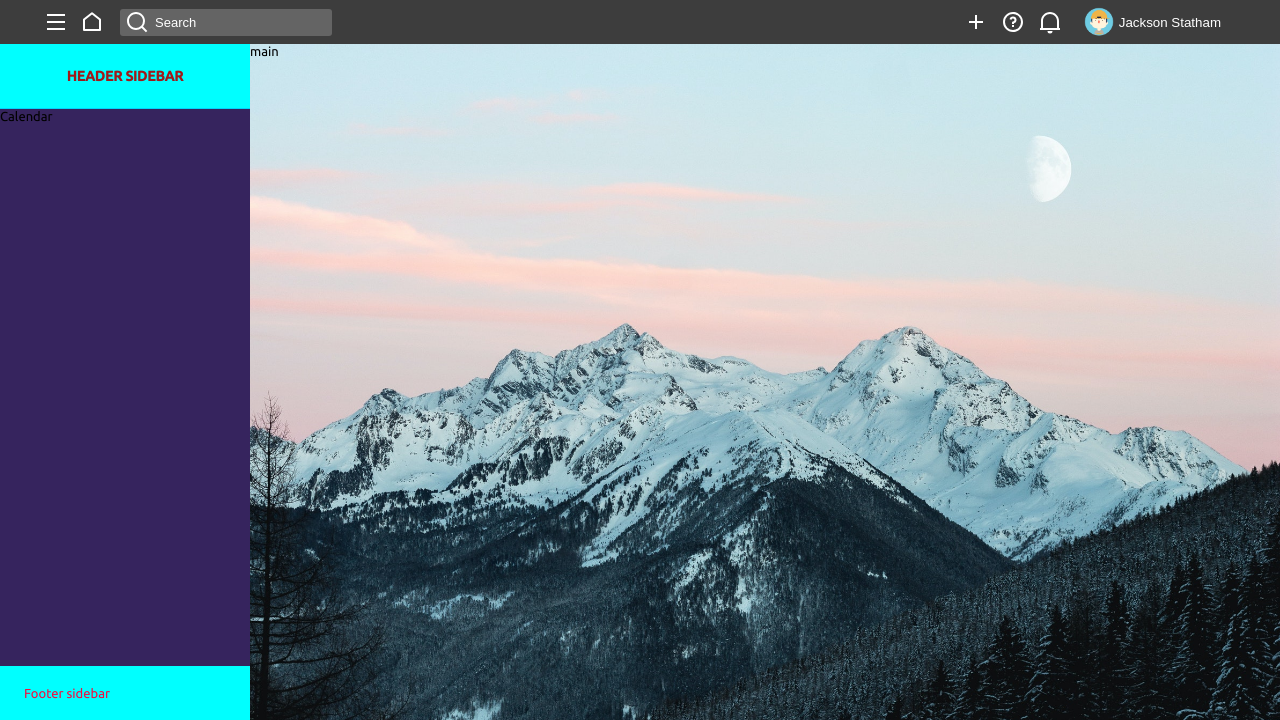
Repository: huuthe1999/to-do-list
Page: /
The author's editor kept a copy of each file at every save. The page is drawn from the files as they stood at one save, then again after the next save.
The browser window is 1280 px wide. The pictures show the whole page.
The project was rebuilt for these pictures with package versions that can differ from the ones it lists, and the page was loaded fresh each time. Also part of the build but not shown: src/components/form/addForm/addForm.scss, src/components/form/addForm/AddForm.js, src/components/modal/modal.scss, src/components/modal/Modal.js.

Above is the page before, as saved 2022-02-17 10:19:56.

### public/index.html
<!DOCTYPE html>
<html lang="en">
	<head>
		<meta charset="utf-8" />
		<link rel="icon" href="%PUBLIC_URL%/favicon.ico" />
		<meta name="viewport" content="width=device-width, initial-scale=1" />
		<meta name="theme-color" content="#000000" />
		<meta
			name="description"
			content="Web site created using create-react-app"
		/>
		<link rel="apple-touch-icon" href="%PUBLIC_URL%/logo192.png" />
		<!--
      manifest.json provides metadata used when your web app is installed on a
      user's mobile device or desktop. See https://developers.google.com/web/fundamentals/web-app-manifest/
    -->
		<link rel="manifest" href="%PUBLIC_URL%/manifest.json" />
		<!--
      Notice the use of %PUBLIC_URL% in the tags above.
      It will be replaced with the URL of the `public` folder during the build.
      Only files inside the `public` folder can be referenced from the HTML.

      Unlike "/favicon.ico" or "favicon.ico", "%PUBLIC_URL%/favicon.ico" will
      work correctly both with client-side routing and a non-root public URL.
      Learn how to configure a non-root public URL by running `npm run build`.
    -->
		<title>React Redux App</title>
	</head>
	<body>
		<noscript>You need to enable JavaScript to run this app.</noscript>
		<div id="modal"></div>
		<div id="root"></div>
		<!--
      This HTML file is a template.
      If you open it directly in the browser, you will see an empty page.

      You can add webfonts, meta tags, or analytics to this file.
      The build step will place the bundled scripts into the <body> tag.

      To begin the development, run `npm start` or `yarn start`.
      To create a production bundle, use `npm run build` or `yarn build`.
    --></body>
</html>

### src/index.js
import React from 'react';
import ReactDOM from 'react-dom';
import { Provider } from 'react-redux';
import App from './App';
import { store } from './app/store';

ReactDOM.render(
	<React.StrictMode>
		<Provider store={store}>
			<App />
		</Provider>
	</React.StrictMode>,
	document.getElementById('root'),
);

### src/App.js
import React from 'react';
// import { Counter } from './features/counter/Counter';
import './App.scss';
import Main from './components/main/Main';
import SideBar from './components/sideBar/SideBar';
import TopBar from './components/topBar/TopBar';
function App() {
	return (
		<div className='app'>
			<TopBar />
			<div className='container'>
				<SideBar />
				<Main />
			</div>
		</div>
	);
}

export default App;

### src/App.scss
@import url('https://fonts.googleapis.com/css2?family=Ubuntu:wght@300;400;500&display=swap');
*,
*::before,
*::after {
	margin: 0;
	padding: 0;
	box-sizing: border-box;
}

:root {
	--icon-color: #fff;
	--icon-size: 40px;

	--bg: rgb(53, 42, 42);
	--bg-input: hsla(0, 0%, 100%, 0.2);
	// Header
	--hd-text-color: #ffffff;
	--hd-icon-color-hover: #202020;
}

.app {
	font-family: 'Ubuntu', sans-serif;
	font-size: 13px;
	width: 100vw;
	height: 100vh;
	background-color: var(--bg);
	overflow: hidden;
}

.container {
	display: flex;
	height: calc(100% - 44px);
}

button {
	border: none;
	outline: none;
	cursor: pointer;
	background-color: transparent;
}

### src/components/main/Main.js
import './main.scss';

const Main = () => {
	return <div className='main'>main</div>;
};

export default Main;

### src/components/sideBar/SideBar.js
import Calendar from '../calendar/Calendar';
import './sideBar.scss';

const SideBar = () => {
	return (
		<div className='sidebar'>
			<div className='sidebar__inner'>
				<div className='sidebar__layout'>
					<div className='sidebar__layout-header'>
						<p>Header sidebar</p>
					</div>
					<div className='sidebar__layout-content'>
						<Calendar />
					</div>
					<div className='sidebar__layout-footer'>Footer sidebar</div>
				</div>
			</div>
		</div>
	);
};

export default SideBar;

### src/components/topBar/TopBar.js
import { useState } from 'react';
import {
	RiAddLine,
	RiHomeLine,
	RiMenuLine,
	RiNotification2Line,
	RiQuestionLine,
	RiSearchLine,
} from 'react-icons/ri';
import Avatar from '../../assets/images/avatar.png';
import AddForm from '../form/addForm/AddForm';
import Modal from '../modal/Modal';
import './topbar.scss';
const TopBar = () => {
	const [modal, setShowModal] = useState(false);
	return (
		<header className='topbar'>
			<div className='topbar__inner'>
				<div className='topbar__inner-leftControl'>
					<button className='topbar__button leftControl'>
						<RiMenuLine className='topbar__button-icon' />
					</button>

					<button className='topbar__button leftControl'>
						<RiHomeLine className='topbar__button-icon' />
					</button>
					<div className='topbar__inner-leftControl-search'>
						<RiSearchLine className='topbar__button-icon topbar__button-icon-search' />
						<input type='text' placeholder='Search' />
					</div>
				</div>
				<div className='topbar__inner-rightControl'>
					<Modal showModal={modal} setShowModal={setShowModal}>
						<AddForm setShowModal={setShowModal} />
					</Modal>
					<button className='topbar__button rightControl'>
						<RiAddLine
							className='topbar__button-icon'
							onClick={() => setShowModal(true)}
						/>
					</button>
					<button className='topbar__button rightControl'>
						<RiQuestionLine className='topbar__button-icon' />
					</button>
					<button className='topbar__button rightControl'>
						<RiNotification2Line className='topbar__button-icon' />
					</button>
					<button className='topbar__button info'>
						<img src={Avatar} alt='avatar' />
						<p>Jackson Statham</p>
					</button>
				</div>
			</div>
		</header>
	);
};

export default TopBar;

### src/features/counter/counterSlice.js
import { createAsyncThunk, createSlice } from '@reduxjs/toolkit';
import { fetchCount } from './counterAPI';

const initialState = {
  value: 0,
  status: 'idle',
};

// The function below is called a thunk and allows us to perform async logic. It
// can be dispatched like a regular action: `dispatch(incrementAsync(10))`. This
// will call the thunk with the `dispatch` function as the first argument. Async
// code can then be executed and other actions can be dispatched. Thunks are
// typically used to make async requests.
export const incrementAsync = createAsyncThunk(
  'counter/fetchCount',
  async (amount) => {
    const response = await fetchCount(amount);
    // The value we return becomes the `fulfilled` action payload
    return response.data;
  }
);

export const counterSlice = createSlice({
  name: 'counter',
  initialState,
  // The `reducers` field lets us define reducers and generate associated actions
  reducers: {
    increment: (state) => {
      // Redux Toolkit allows us to write "mutating" logic in reducers. It
      // doesn't actually mutate the state because it uses the Immer library,
      // which detects changes to a "draft state" and produces a brand new
      // immutable state based off those changes
      state.value += 1;
    },
    decrement: (state) => {
      state.value -= 1;
    },
    // Use the PayloadAction type to declare the contents of `action.payload`
    incrementByAmount: (state, action) => {
      state.value += action.payload;
    },
  },
  // The `extraReducers` field lets the slice handle actions defined elsewhere,
  // including actions generated by createAsyncThunk or in other slices.
  extraReducers: (builder) => {
    builder
      .addCase(incrementAsync.pending, (state) => {
        state.status = 'loading';
      })
      .addCase(incrementAsync.fulfilled, (state, action) => {
        state.status = 'idle';
        state.value += action.payload;
      });
  },
});

export const { increment, decrement, incrementByAmount } = counterSlice.actions;

// The function below is called a selector and allows us to select a value from
// the state. Selectors can also be defined inline where they're used instead of
// in the slice file. For example: `useSelector((state: RootState) => state.counter.value)`
export const selectCount = (state) => state.counter.value;

// We can also write thunks by hand, which may contain both sync and async logic.
// Here's an example of conditionally dispatching actions based on current state.
export const incrementIfOdd = (amount) => (dispatch, getState) => {
  const currentValue = selectCount(getState());
  if (currentValue % 2 === 1) {
    dispatch(incrementByAmount(amount));
  }
};

export default counterSlice.reducer;

### src/components/main/main.scss
.main {
	width: 100%;
	height: 100%;
	background-image: url(../../assets/images/bg_main.jpg);
	background-repeat: no-repeat;
	background-size: cover;
	overflow-y: auto;
}

### src/components/calendar/Calendar.js
import React from 'react';

const Calendar = () => {
	return <div className='calendar'>Calendar</div>;
};

export default Calendar;

### src/components/sideBar/sideBar.scss
.sidebar {
	position: relative;
	z-index: 109;
	height: 100%;
	background-color: aqua;
	min-width: 250px;
	width: 300px;
	transition: all 0.3s cubic-bezier(0.4, 0, 0.2, 1);

	&__inner {
		height: 100%;
		position: relative;
		z-index: 101;
	}

	&__layout {
		height: 100%;
		overflow-y: auto;
		overflow-x: hidden;
		display: flex;
		flex-direction: column;
		position: relative;
		z-index: 101;

		&-header {
			border-bottom: 1px solid rgba(8, 41, 228, 0.2);

			p {
				text-align: center;
				color: rgb(160, 25, 25);
				padding: 24px;
				font-weight: bold;
				font-size: 14px;
				text-transform: uppercase;
			}
		}

		&-content {
			flex-grow: 1;
			background-color: rgb(54, 36, 94);
		}

		&-footer {
			padding: 20px 24px;
			color: rgb(245, 12, 62);
		}
	}
}

### src/components/topBar/topbar.scss
.topbar {
	display: flex;
	justify-content: center;
	align-items: center;
	background-color: #3d3d3d;
	flex-shrink: 0;
	padding: 0px 42px;
	font-size: 13px;
	color: #202020;
	height: 44px;

	&__inner {
		display: flex;
		justify-content: space-between;
		background-color: transparent;
		width: 100%;
		height: 100%;

		&-leftControl {
			display: flex;
			align-items: center;
			justify-content: flex-start;

			&-search {
				display: flex;
				align-items: center;
				position: relative;
				margin-left: 6px;

				&:hover {
					input {
						background-color: var(--hd-text-color);
						&::placeholder {
							color: var(--hd-icon-color-hover);
						}
					}
					* {
						color: var(--hd-icon-color-hover);
					}
				}

				input {
					font-size: 13px;
					color: var(--hd-text-color);
					background-color: var(--bg-input);
					outline: 0;
					border-radius: 3px;
					border: 1px solid transparent;
					padding: 5px 0 5px 34px;
					transition: all 0.15s cubic-bezier(0.4, 0, 0.2, 0.1);
					transition-property: background-color;

					&::placeholder {
						color: var(--hd-text-color);
					}
				}
			}
		}

		&-rightControl {
			display: flex;
			align-items: center;
			height: 44px;
			padding: 0px 12px;

			img {
				width: 100%;
				height: 100%;
			}
		}
	}

	&__button {
		display: flex;
		justify-content: center;
		align-items: center;
		border-radius: 3px;

		&:hover {
			background-color: var(--bg-input);
		}

		&.leftControl {
			height: 28px;
			min-width: 28px;
			margin-right: 8px;
		}

		&.rightControl {
			height: 32px;
			min-width: 32px;
			margin-left: 5px;
		}

		&.info {
			height: 100%;
			color: var(--hd-text-color);
			margin-left: 8px;
			padding: 0px 5px;
			img {
				width: 40px;
				height: 40px;
			}
		}
		&-icon {
			font-size: 24px;
			color: var(--icon-color);

			&-search {
				position: absolute;
				left: 5px;
				top: 50%;
				transform: translateY(-50%);
				color: var(--icon-color);
			}
		}
	}
}

Loaded but not shown: src/app/store.js (common file); src/features/counter/counterAPI.js (common file)

After the next save:
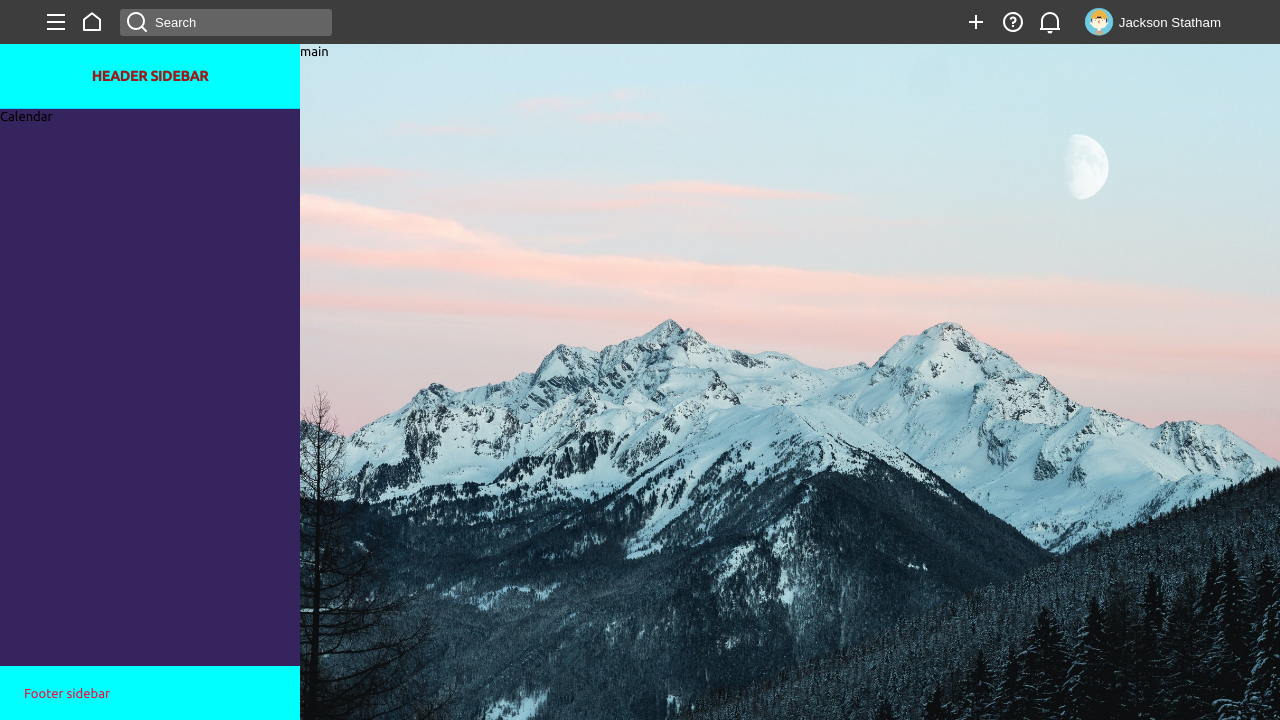
Saved 77 s later.
--- a/src/components/sideBar/sideBar.scss
+++ b/src/components/sideBar/sideBar.scss
@@ -1,4 +1,5 @@
 .sidebar {
+	flex-shrink: 0;
 	position: relative;
 	z-index: 109;
 	height: 100%;

After the save that followed:
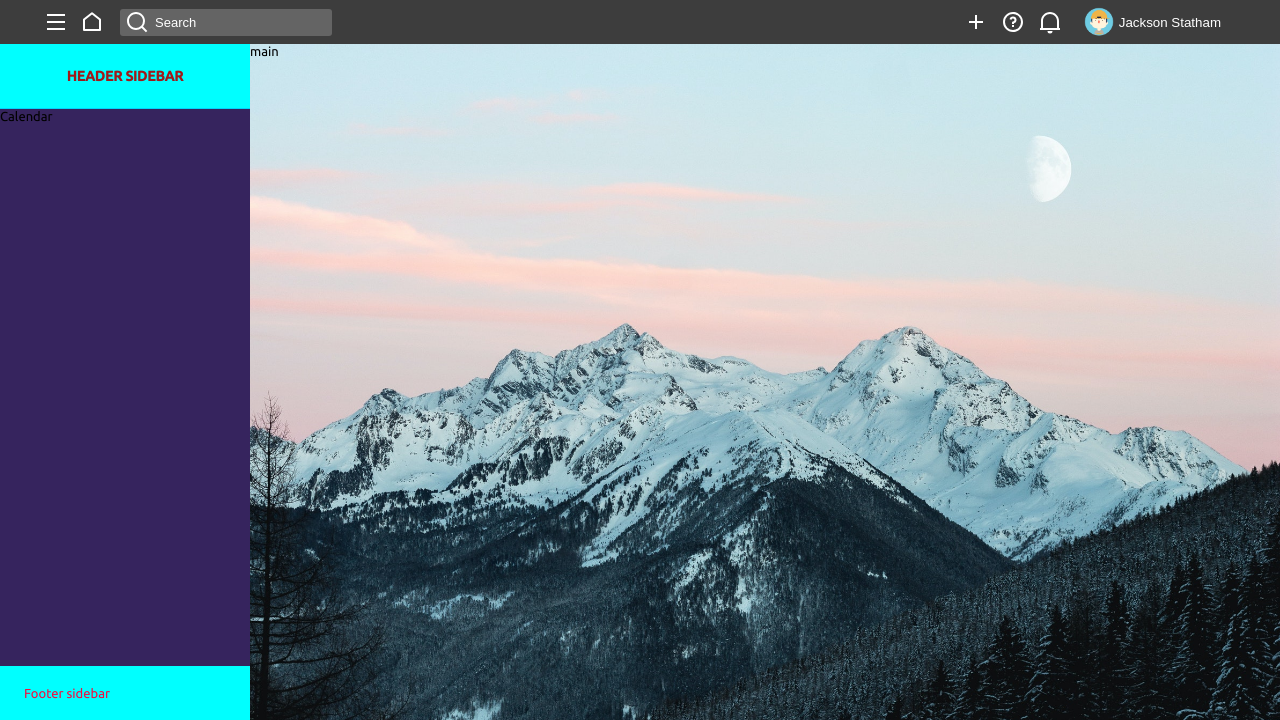
Saved 11 s later.
--- a/src/components/sideBar/sideBar.scss
+++ b/src/components/sideBar/sideBar.scss
@@ -1,5 +1,5 @@
 .sidebar {
-	flex-shrink: 0;
+	flex-shrink: 1;
 	position: relative;
 	z-index: 109;
 	height: 100%;
